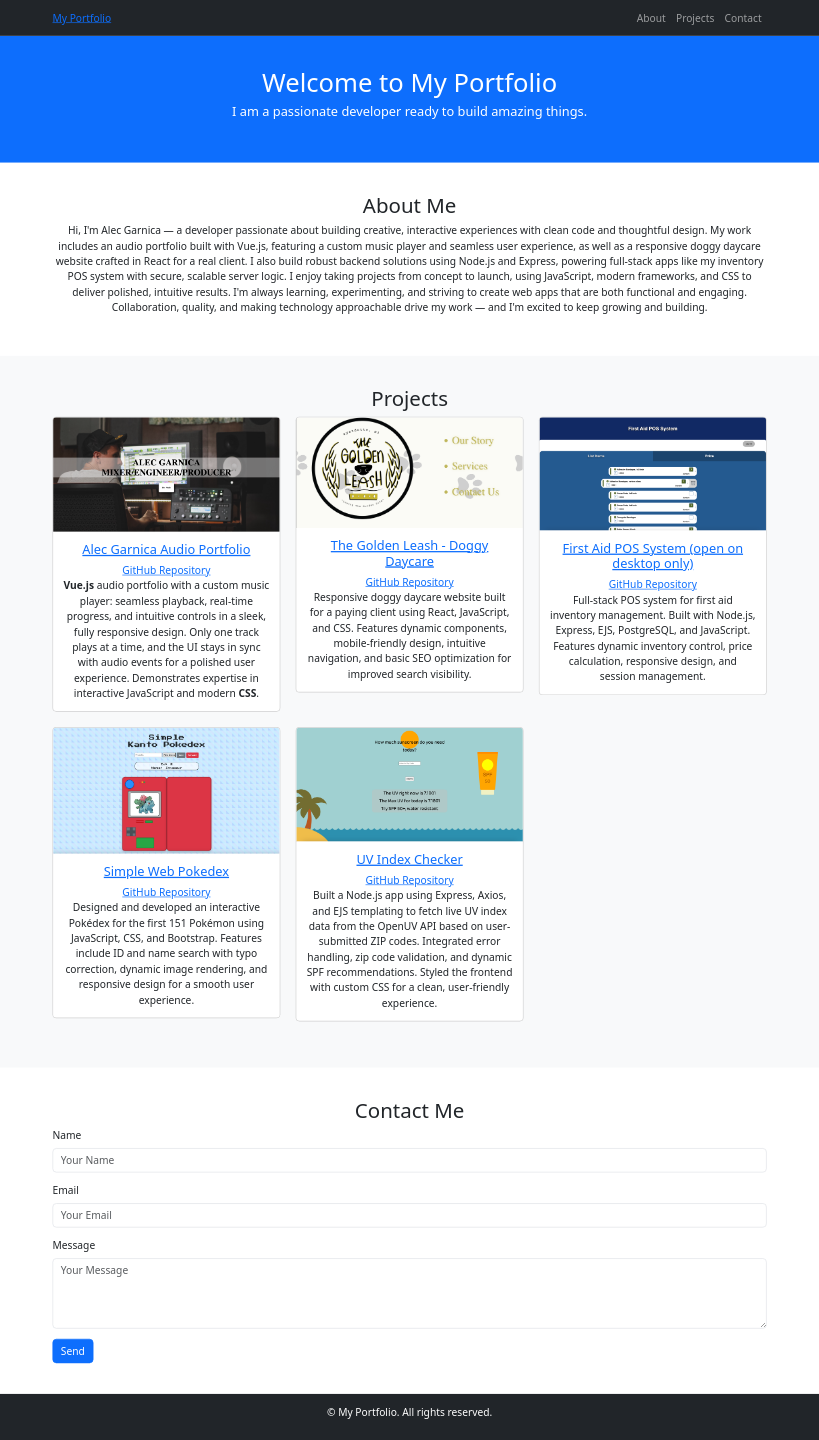
Repository: Aworminator/Portfolio
Page: index.html
An editor plug-in stored every save of this project. The page is shown before and after a run of saves, followed by the edit.
The browser window is 1280 px wide. The pictures show the whole page, at 64% of full size.

Above is the page before, as saved 2025-09-15 22:37:06.
Console error: ReferenceError: emailjs is not defined

### index.html
<!DOCTYPE html>
<html lang="en">
  <head>
    <meta charset="UTF-8" />
    <meta name="viewport" content="width=device-width, initial-scale=1.0" />
    <title>Portfolio</title>
    <link
      href="https://cdn.jsdelivr.net/npm/bootstrap@5.3.0-alpha1/dist/css/bootstrap.min.css"
      rel="stylesheet"
    />
  </head>
  <body>
    <!-- Navbar -->
    <nav class="navbar navbar-expand-lg navbar-dark bg-dark">
      <div class="container">
        <a class="navbar-bran" href="#">My Portfolio</a>
        <button
          class="navbar-toggler"
          type="button"
          data-bs-toggle="collapse"
          data-bs-target="#navbarNav"
          aria-controls="navbarNav"
          aria-expanded="false"
          aria-label="Toggle navigation"
        >
          <span class="navbar-toggler-icon"></span>
        </button>
        <div class="collapse navbar-collapse" id="navbarNav">
          <ul class="navbar-nav ms-auto">
            <li class="nav-item">
              <a class="nav-link" href="#about">About</a>
            </li>
            <li class="nav-item">
              <a class="nav-link" href="#projects">Projects</a>
            </li>
            <li class="nav-item">
              <a class="nav-link" href="#contact">Contact</a>
            </li>
          </ul>
        </div>
      </div>
    </nav>

    <!-- Hero Section -->
    <header class="bg-primary text-white text-center py-5">
      <div class="container">
        <h1>Welcome to My Portfolio</h1>
        <p class="lead">
          I am a passionate developer ready to build amazing things.
        </p>
      </div>
    </header>

    <!-- About Section -->
    <section id="about" class="py-5">
      <div class="container">
        <h2 class="text-center">About Me</h2>
        <p class="text-center">
          Hi, I'm Alec Garnica — a developer passionate about building creative,
          interactive experiences with clean code and thoughtful design. My work
          includes an audio portfolio built with Vue.js, featuring a custom
          music player and seamless user experience, as well as a responsive
          doggy daycare website crafted in React for a real client. I also build
          robust backend solutions using Node.js and Express, powering
          full-stack apps like my inventory POS system with secure, scalable
          server logic. I enjoy taking projects from concept to launch, using
          JavaScript, modern frameworks, and CSS to deliver polished, intuitive
          results. I'm always learning, experimenting, and striving to create
          web apps that are both functional and engaging. Collaboration,
          quality, and making technology approachable drive my work — and I'm
          excited to keep growing and building.
        </p>
      </div>
    </section>

    <!-- Projects Section -->
    <section id="projects" class="py-5 bg-light">
      <div class="container">
        <h2 class="text-center">Projects</h2>
        <div class="row">
          <div class="col-md-4">
            <!-- Audio Website Project Card -->
            <div class="card mb-4">
              <img
                src="./images/Audio Website.png"
                class="card-img-top"
                alt="Alec Garnica Audio Portfolio"
              />
              <div class="card-body text-center">
                <h5 class="card-title">
                  <a
                    href="https://aworminator.github.io/Alec-Garnica-Audio-Portfolio/"
                    target="_blank"
                    rel="noopener noreferrer"
                    >Alec Garnica Audio Portfolio</a
                  >
                </h5>
                <a
                  href="https://github.com/Aworminator/Alec-Garnica-Audio-Portfolio"
                  target="_blank"
                  rel="noopener noreferrer"
                >
                  <i class="bi bi-github"></i> GitHub Repository
                </a>
                <p class="card-text">
                  <strong>Vue.js</strong> audio portfolio with a custom music
                  player: seamless playback, real-time progress, and intuitive
                  controls in a sleek, fully responsive design. Only one track
                  plays at a time, and the UI stays in sync with audio events
                  for a polished user experience. Demonstrates expertise in
                  interactive JavaScript and modern <strong>CSS</strong>.
                </p>
              </div>
            </div>
          </div>
          <div class="col-md-4">
            <div class="card mb-4">
              <img
                src="./images/The Golden Leash Website.png"
                class="card-img-top"
                alt="Simple Web Pokedex"
              />
              <div class="card-body text-center">
                <h5 class="card-title">
                  <a
                    href="https://aworminator.github.io/golden-leash-website-react/"
                    target="_blank"
                    rel="noopener noreferrer"
                    >The Golden Leash - Doggy Daycare</a
                  >
                </h5>
                <a
                  href="https://github.com/Aworminator/golden-leash-website-react"
                  target="_blank"
                  rel="noopener noreferrer"
                  class="d-block"
                  >GitHub Repository</a
                >
                <p class="card-text">
                  Responsive doggy daycare website built for a paying client
                  using React, JavaScript, and CSS. Features dynamic components,
                  mobile-friendly design, intuitive navigation, and basic SEO
                  optimization for improved search visibility.
                </p>
              </div>
            </div>
          </div>
          <div class="col-md-4">
            <div class="card mb-4">
              <img
                src="./images/POS System Website.png"
                class="card-img-top"
                alt="First Aid POS System"
              />
              <div class="card-body text-center">
                <h5 class="card-title">
                  <a
                    href="https://first-aid-pos-system.onrender.com"
                    target="_blank"
                    rel="noopener noreferrer"
                    >First Aid POS System (open on desktop only)</a
                  >
                </h5>
                <a
                  href="https://github.com/aworminator/First-Aid-POS-System"
                  target="_blank"
                  rel="noopener noreferrer"
                  class="d-block"
                  >GitHub Repository</a
                >
                <p class="card-text">
                  Full-stack POS system for first aid inventory management.
                  Built with Node.js, Express, EJS, PostgreSQL, and JavaScript.
                  Features dynamic inventory control, price calculation,
                  responsive design, and session management.
                </p>
              </div>
            </div>
          </div>
          <div class="col-md-4">
            <div class="card mb-4">
              <img
                src="./images/Simple Pokedex Website.png"
                class="card-img-top"
                alt="Simple Web Pokedex"
              />
              <div class="card-body text-center">
                <h5 class="card-title">
                  <a
                    href="https://aworminator.github.io/Simple-Kanto-Pokedex/"
                    target="_blank"
                    rel="noopener noreferrer"
                    >Simple Web Pokedex</a
                  >
                </h5>
                <a
                  href="https://github.com/aworminator/Simple-Kanto-Pokedex"
                  target="_blank"
                  rel="noopener noreferrer"
                  class="d-block"
                  >GitHub Repository</a
                >
                <p class="card-text">
                  Designed and developed an interactive Pokédex for the first
                  151 Pokémon using JavaScript, CSS, and Bootstrap. Features
                  include ID and name search with typo correction, dynamic image
                  rendering, and responsive design for a smooth user experience.
                </p>
              </div>
            </div>
          </div>
          <div class="col-md-4">
            <div class="card mb-4">
              <img
                src="./images/API Sunscreen Website.png"
                class="card-img-top"
                alt="UV Index Checker"
              />
              <div class="card-body text-center">
                <h5 class="card-title">
                  <a
                    href="https://api-sunscreen-website.onrender.com/"
                    target="_blank"
                    rel="noopener noreferrer"
                    >UV Index Checker</a
                  >
                </h5>
                <a
                  href="https://github.com/aworminator/API-Sunscreen-Website"
                  target="_blank"
                  rel="noopener noreferrer"
                  class="d-block"
                  >GitHub Repository</a
                >
                <p class="card-text">
                  Built a Node.js app using Express, Axios, and EJS templating
                  to fetch live UV index data from the OpenUV API based on
                  user-submitted ZIP codes. Integrated error handling, zip code
                  validation, and dynamic SPF recommendations. Styled the
                  frontend with custom CSS for a clean, user-friendly
                  experience.
                </p>
              </div>
            </div>
          </div>
        </div>
      </div>
    </section>

    <!-- Contact Section -->
    <section id="contact" class="py-5">
      <div class="container">
        <h2 class="text-center">Contact Me</h2>
        <form id="contact-form" onsubmit="sendEmail(event)">
          <div class="mb-3">
            <label for="name" class="form-label">Name</label>
            <input
              type="text"
              class="form-control"
              id="name"
              name="from_name"
              placeholder="Your Name"
            />
          </div>
          <div class="mb-3">
            <label for="email" class="form-label">Email</label>
            <input
              type="email"
              class="form-control"
              id="email"
              name="reply_to"
              placeholder="Your Email"
            />
          </div>
          <div class="mb-3">
            <label for="message" class="form-label">Message</label>
            <textarea
              class="form-control"
              id="message"
              name="message"
              rows="4"
              placeholder="Your Message"
            ></textarea>
          </div>
          <button type="submit" class="btn btn-primary">Send</button>
        </form>
      </div>
    </section>

    <!-- Footer -->
    <footer class="bg-dark text-white text-center py-3">
      <p>
        &copy; <span id="current-year"></span> My Portfolio. All rights
        reserved.
      </p>
    </footer>

    <script src="https://cdn.jsdelivr.net/npm/bootstrap@5.3.0-alpha1/dist/js/bootstrap.bundle.min.js"></script>
    <script
      type="text/javascript"
      src="https://cdn.jsdelivr.net/npm/@emailjs/browser@4/dist/email.min.js"
    ></script>
    <script type="text/javascript">
      (function () {
        emailjs.init({
          publicKey: "Av33DaVyg5wDM5N9s",
        });
      })();

      function sendEmail(event) {
        event.preventDefault();

        const serviceID = "service_x2fv1ji";
        const templateID = "template_xrm7y6m";

        emailjs
          .sendForm(
            serviceID,
            templateID,
            document.getElementById("contact-form")
          )
          .then(
            () => {
              alert("Message sent successfully!");
              document.getElementById("contact-form").reset();
            },
            (error) => {
              alert("Failed to send message. Please try again later.");
              console.error("EmailJS Error:", error);
            }
          );
      }

      // Set the current year dynamically
      document.getElementById("current-year").textContent =
        new Date().getFullYear();
    </script>
  </body>
</html>

After the next 2 saves:
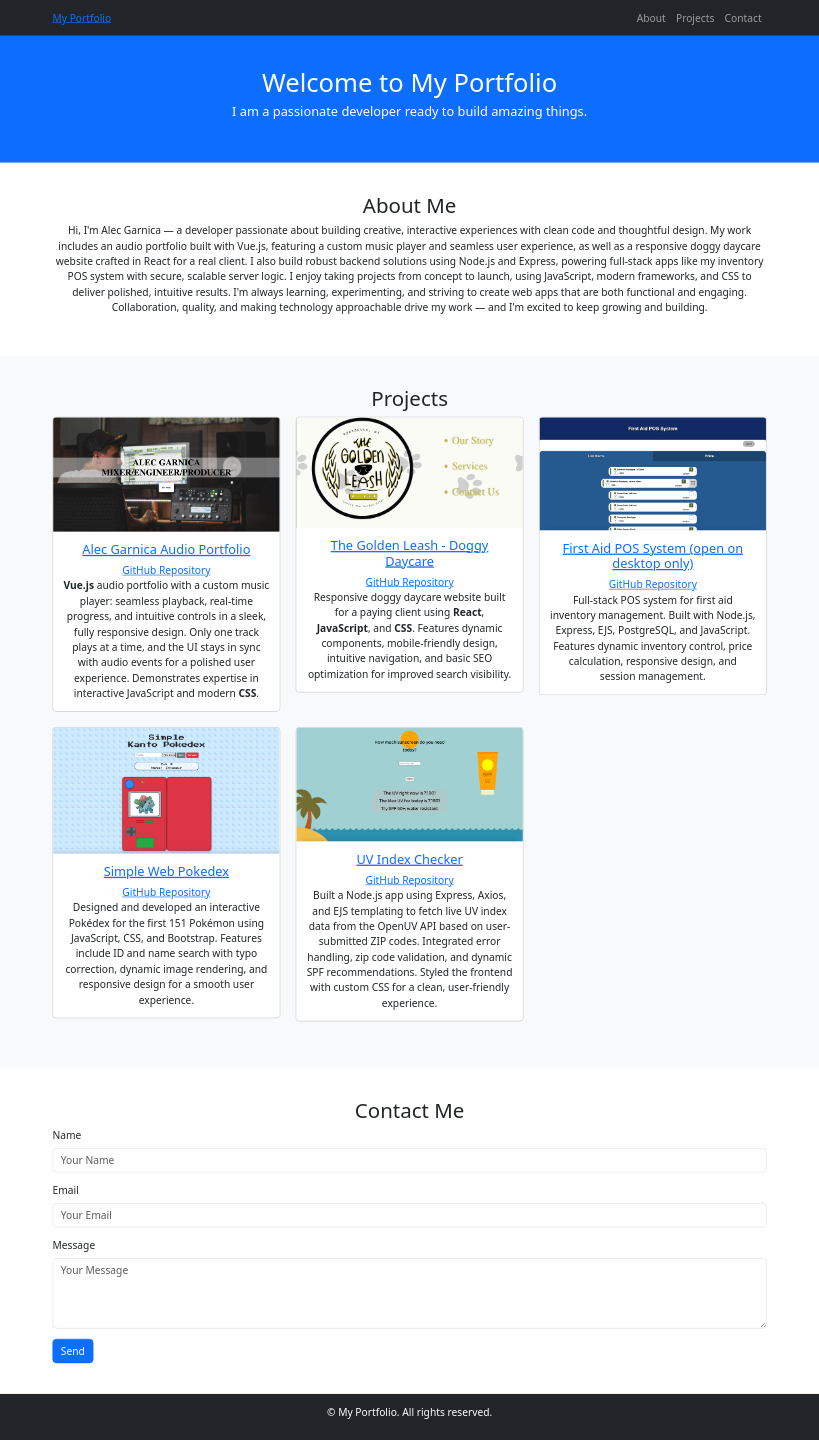
The 2 saves are shown as one change because they came seconds apart.
The last was saved 54 s later.
--- a/index.html
+++ b/index.html
@@ -138,7 +138,8 @@
                 >
                 <p class="card-text">
                   Responsive doggy daycare website built for a paying client
-                  using React, JavaScript, and CSS. Features dynamic components,
+                  using <strong>React</strong>, <strong>JavaScript</strong>, and
+                  <strong>CSS</strong>. Features dynamic components,
                   mobile-friendly design, intuitive navigation, and basic SEO
                   optimization for improved search visibility.
                 </p>
